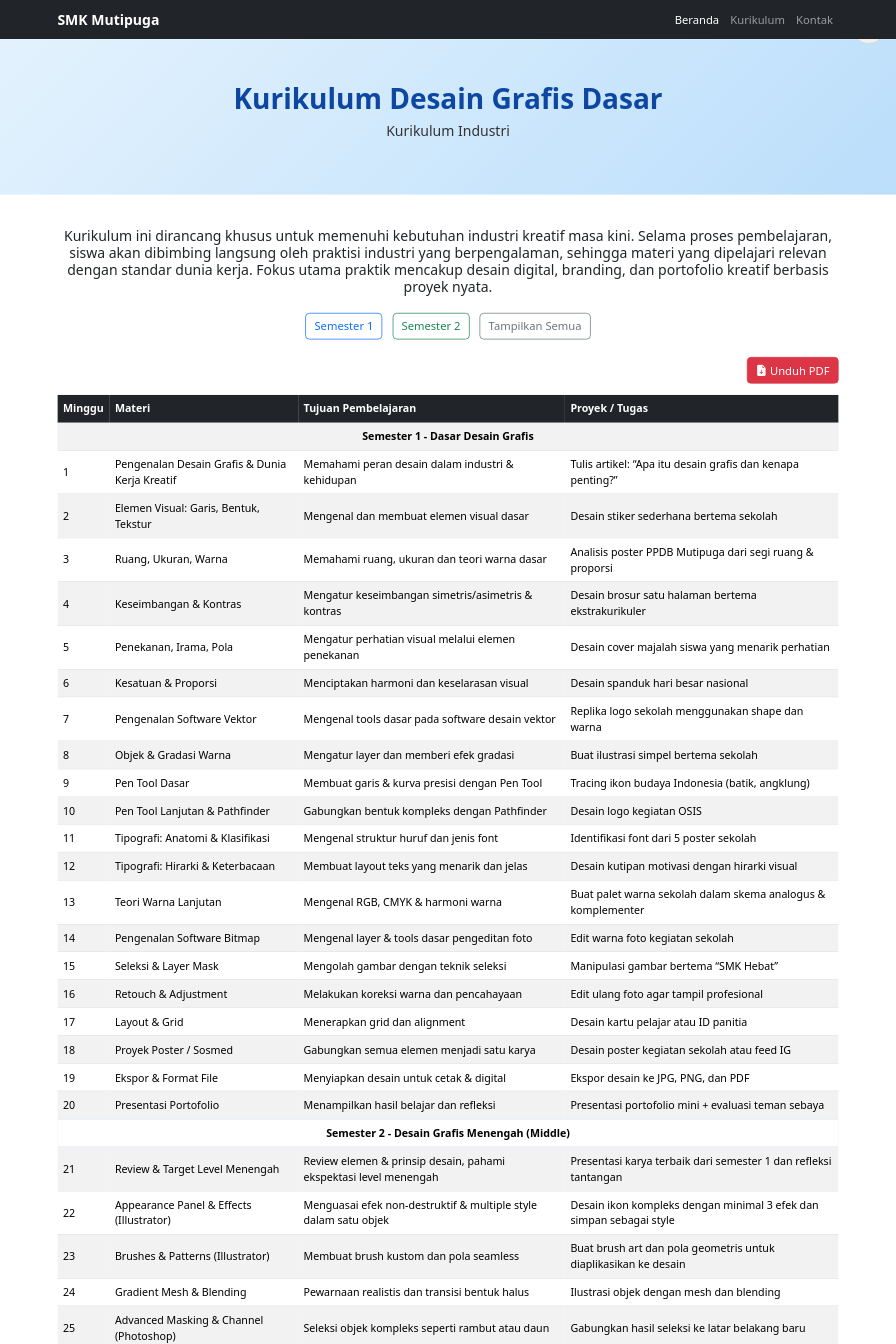
Repository: ppdbsmkmutipuga/kurikulumdesain
Page: index.html
The author's editor kept a copy of each file at every save. The page is drawn from the files as they stood at one save, then again after the next save.
The browser window is 1280 px wide. The pictures show the part of the page from y = 0 to 1920 px (the page is 2957 px tall), at 70% of full size.

Above is the page before, as saved 2025-07-01 05:20:01.

### index.html
<!DOCTYPE html>
<html lang="id">

<head>
    <meta charset="UTF-8" />
    <meta name="viewport" content="width=device-width, initial-scale=1.0" />
    <title>Kurikulum Desain Grafis - SMK Mutipuga</title>
    <link href="https://cdn.jsdelivr.net/npm/bootstrap@5.3.3/dist/css/bootstrap.min.css" rel="stylesheet" />
    <link href="https://cdnjs.cloudflare.com/ajax/libs/aos/2.3.4/aos.css" rel="stylesheet" />
    <link href="https://cdn.jsdelivr.net/npm/bootstrap-icons@1.10.5/font/bootstrap-icons.css" rel="stylesheet">
    <link rel="stylesheet" href="style.css">
    <script src="https://cdnjs.cloudflare.com/ajax/libs/html2pdf.js/0.10.1/html2pdf.bundle.min.js"></script>

</head>

<body>
    <!-- Tambahkan di dalam <body>, tepat setelah tag <body> -->
    <nav class="navbar navbar-expand-lg navbar-dark bg-dark sticky-top">
        <div class="container">
            <a class="navbar-brand fw-bold" href="#">SMK Mutipuga</a>
            <button class="navbar-toggler" type="button" data-bs-toggle="collapse" data-bs-target="#navMenu"
                aria-controls="navMenu" aria-expanded="false" aria-label="Toggle navigation">
                <span class="navbar-toggler-icon"></span>
            </button>
            <div class="collapse navbar-collapse" id="navMenu">
                <ul class="navbar-nav ms-auto mb-2 mb-lg-0">
                    <li class="nav-item">
                        <a class="nav-link active" href="#">Beranda</a>
                    </li>
                    <li class="nav-item">
                        <a class="nav-link" href="#pdf-content">Kurikulum</a>
                    </li>
                    <li class="nav-item">
                        <a class="nav-link" href="#footer">Kontak</a>
                    </li>
                </ul>
            </div>
        </div>
    </nav>

    <button class="btn btn-outline-dark mode-toggle" onclick="toggleMode()">
        <i class="bi bi-moon-stars-fill"></i>
    </button>

    <!-- Hero Section -->
    <section class="hero" data-aos="fade-down">
        <div class="container">
            <h1>Kurikulum Desain Grafis Dasar</h1>
            <p class="lead">Kurikulum Industri</p>
        </div>
    </section>

    <!-- Table Section -->
    <section class="container my-5" data-aos="fade-up">
        <h5 class="section-title text-center">
            Kurikulum ini dirancang khusus untuk memenuhi kebutuhan industri kreatif masa kini.
            Selama proses pembelajaran, siswa akan dibimbing langsung oleh praktisi industri yang berpengalaman,
            sehingga materi yang dipelajari relevan dengan standar dunia kerja.
            Fokus utama praktik mencakup desain digital, branding, dan portofolio kreatif berbasis proyek nyata.
        </h5>

        <div class="filter-buttons">
            <button class="btn btn-outline-primary" onclick="filterSemester(1)">Semester 1</button>
            <button class="btn btn-outline-success" onclick="filterSemester(2)">Semester 2</button>
            <button class="btn btn-outline-secondary" onclick="filterSemester(0)">Tampilkan Semua</button>
        </div>
        <div class="text-end my-3">
            <button class="btn btn-danger" onclick="downloadPDF()">
                <i class="bi bi-file-earmark-arrow-down-fill"></i> Unduh PDF
            </button>
        </div>

        <div id="pdf-content">
            <div class="table-container">
                <div class="table-responsive">
                    <table class="table table-striped table-hover align-middle mb-0" id="kurikulumTable">
                        <thead class="table-dark">
                            <tr>
                                <th scope="col">Minggu</th>
                                <th scope="col">Materi</th>
                                <th scope="col">Tujuan Pembelajaran</th>
                                <th scope="col">Proyek / Tugas</th>
                            </tr>
                        </thead>
                        <tbody>

                            <!-- Data rows akan di-load lewat JS -->
                        </tbody>
                    </table>
                </div>
            </div>
    </section>

    <!-- Footer -->
    <footer>
        &copy; 2025 SMK Muhammadiyah 3 Pucang Gading
    </footer>

    <!-- Scripts -->
    <script src="https://cdn.jsdelivr.net/npm/bootstrap@5.3.3/dist/js/bootstrap.bundle.min.js"></script>
    <script src="https://cdnjs.cloudflare.com/ajax/libs/aos/2.3.4/aos.js"></script>
    <script src="script.js"></script>
</body>

</html>

### style.css
/* =========================
   HERO SECTION
========================= */
.hero {
  padding: 60px 0;
  background: linear-gradient(135deg, #e3f2fd, #bbdefb);
  text-align: center;
}

.hero h1 {
  font-weight: 700;
  font-size: 2.5rem;
  color: #0d47a1;
}

.hero p {
  font-size: 1.25rem;
  color: #333;
}

body.bg-dark .hero {
  background: linear-gradient(135deg, #1e1e1e, #2c2c2c);
}

body.bg-dark .hero h1 {
  color: #90caf9;
}

body.bg-dark .hero p {
  color: #cccccc;
}

/* =========================
   FILTER BUTTONS
========================= */
.filter-buttons {
  text-align: center;
  margin: 20px 0;
}

.filter-buttons .btn {
  margin: 5px;
}

body.bg-dark .btn-outline-primary {
  color: #90caf9;
  border-color: #90caf9;
}

body.bg-dark .btn-outline-success {
  color: #81c784;
  border-color: #81c784;
}

body.bg-dark .btn-outline-secondary {
  color: #b0bec5;
  border-color: #b0bec5;
}

/* =========================
   TABLE SECTION
========================= */
.table-container {
  overflow-x: auto;
}

.table th,
.table td {
  vertical-align: middle !important;
  font-size: 0.95rem;
}

/* Baris header semester (custom row) */
.table .table-header-row {
  background-color: #cce5ff;
  font-weight: 600;
  text-align: center;
}

body.bg-dark .table .table-header-row {
  background-color: #2c3e50;
  color: #ffffff !important;
}

/* DARK MODE TABLE FIX */
body.bg-dark .table,
body.bg-dark .table td,
body.bg-dark .table th {
  color: #f1f1f1 !important;
  background-color: transparent !important;
  opacity: 1 !important;
}

body.bg-dark .table-striped tbody tr:nth-of-type(odd) {
  background-color: #2c2c2c !important;
}

body.bg-dark .table-striped tbody tr:nth-of-type(even) {
  background-color: #1a1a1a !important;
}

body.bg-dark .table-hover tbody tr:hover {
  background-color: #3a3a3a !important;
}

body.bg-dark .table thead th {
  background-color: #111 !important;
  color: #fff !important;
  border-color: #444 !important;
}

body.bg-dark .table-primary {
  background-color: #455a64 !important;
  color: #fff !important;
}

/* =========================
   FOOTER
========================= */
footer {
  padding: 20px;
  text-align: center;
  background-color: #f1f1f1;
  margin-top: 50px;
  font-size: 0.9rem;
  color: #333;
}

body.bg-dark footer {
  background-color: #1e1e1e;
  color: #e0e0e0;
}

/* =========================
   MODE TOGGLE BUTTON
========================= */
.mode-toggle {
  position: fixed;
  top: 15px;
  right: 15px;
  z-index: 1000;
  border-radius: 50%;
  width: 48px;
  height: 48px;
  display: flex;
  align-items: center;
  justify-content: center;
  background-color: #f0f0f0;
  color: #333;
  border: 1px solid #ccc;
}

/* Header tabel semester */
.table-header-row {
  background-color: #cce5ff;
  /* mode terang */
  color: #0d47a1;
}

/* Ubah header semester agar lebih gelap dan teks lebih jelas di dark mode */
body.bg-dark .table-header-row {
  background-color: #37474f;
  /* warna gelap yang elegan */
  color: #ffffff;
}

body.bg-dark .mode-toggle {
  background-color: #333;
  color: #fff;
  border: 1px solid #666;
}

/* Footer default */
footer {
  padding: 20px;
  text-align: center;
  background-color: #f1f1f1;
  margin-top: 50px;
  font-size: 0.9rem;
  color: #333;
}

/* Footer saat dark mode */
body.bg-dark footer {
  background-color: #1e1e1e;
  color: #ccc;
}


/* =========================
   RESPONSIVE
========================= */
@media (max-width: 768px) {
  .hero h1 {
    font-size: 1.8rem;
  }

  .hero p {
    font-size: 1rem;
  }

  .table th,
  .table td {
    font-size: 0.85rem;
  }
}

@media (max-width: 576px) {
  .mode-toggle {
    width: 40px;
    height: 40px;
  }

  .hero {
    padding: 40px 0;
  }
}

@media print {
  body {
    background: #fff !important;
    color: #000 !important;
  }

  .mode-toggle,
  .filter-buttons,
  footer {
    display: none !important;
  }

  .table th,
  .table td {
    font-size: 0.75rem;
  }
}

@media print {

  html,
  body {
    width: 210mm;
    height: 297mm;
    margin: 0;
    padding: 0;
    overflow: hidden;
    zoom: 0.75;
    /* Sesuaikan skala agar muat ke PDF */
  }

  .table-container {
    overflow: visible !important;
  }

  .table-responsive {
    overflow: visible !important;
  }

  table {
    table-layout: fixed;
    width: 100% !important;
    word-wrap: break-word;
  }

  .table td,
  .table th {
    font-size: 10pt !important;
    padding: 6px 8px;
    white-space: normal !important;
  }

  .filter-buttons,
  .mode-toggle,
  footer {
    display: none !important;
  }
}

### script.js
// Inisialisasi animasi AOS
AOS.init();

// Data lengkap Week 1–40
const tableData = [
    { week: 'Semester 1 - Dasar Desain Grafis', isHeader: true, semester: 1 },
    { week: 1, materi: 'Pengenalan Desain Grafis & Dunia Kerja Kreatif', tujuan: 'Memahami peran desain dalam industri & kehidupan', tugas: 'Tulis artikel: “Apa itu desain grafis dan kenapa penting?”', semester: 1 },
    { week: 2, materi: 'Elemen Visual: Garis, Bentuk, Tekstur', tujuan: 'Mengenal dan membuat elemen visual dasar', tugas: 'Desain stiker sederhana bertema sekolah', semester: 1 },
    { week: 3, materi: 'Ruang, Ukuran, Warna', tujuan: 'Memahami ruang, ukuran dan teori warna dasar', tugas: 'Analisis poster PPDB Mutipuga dari segi ruang & proporsi', semester: 1 },
    { week: 4, materi: 'Keseimbangan & Kontras', tujuan: 'Mengatur keseimbangan simetris/asimetris & kontras', tugas: 'Desain brosur satu halaman bertema ekstrakurikuler', semester: 1 },
    { week: 5, materi: 'Penekanan, Irama, Pola', tujuan: 'Mengatur perhatian visual melalui elemen penekanan', tugas: 'Desain cover majalah siswa yang menarik perhatian', semester: 1 },
    { week: 6, materi: 'Kesatuan & Proporsi', tujuan: 'Menciptakan harmoni dan keselarasan visual', tugas: 'Desain spanduk hari besar nasional', semester: 1 },
    { week: 7, materi: 'Pengenalan Software Vektor', tujuan: 'Mengenal tools dasar pada software desain vektor', tugas: 'Replika logo sekolah menggunakan shape dan warna', semester: 1 },
    { week: 8, materi: 'Objek & Gradasi Warna', tujuan: 'Mengatur layer dan memberi efek gradasi', tugas: 'Buat ilustrasi simpel bertema sekolah', semester: 1 },
    { week: 9, materi: 'Pen Tool Dasar', tujuan: 'Membuat garis & kurva presisi dengan Pen Tool', tugas: 'Tracing ikon budaya Indonesia (batik, angklung)', semester: 1 },
    { week: 10, materi: 'Pen Tool Lanjutan & Pathfinder', tujuan: 'Gabungkan bentuk kompleks dengan Pathfinder', tugas: 'Desain logo kegiatan OSIS', semester: 1 },
    { week: 11, materi: 'Tipografi: Anatomi & Klasifikasi', tujuan: 'Mengenal struktur huruf dan jenis font', tugas: 'Identifikasi font dari 5 poster sekolah', semester: 1 },
    { week: 12, materi: 'Tipografi: Hirarki & Keterbacaan', tujuan: 'Membuat layout teks yang menarik dan jelas', tugas: 'Desain kutipan motivasi dengan hirarki visual', semester: 1 },
    { week: 13, materi: 'Teori Warna Lanjutan', tujuan: 'Mengenal RGB, CMYK & harmoni warna', tugas: 'Buat palet warna sekolah dalam skema analogus & komplementer', semester: 1 },
    { week: 14, materi: 'Pengenalan Software Bitmap', tujuan: 'Mengenal layer & tools dasar pengeditan foto', tugas: 'Edit warna foto kegiatan sekolah', semester: 1 },
    { week: 15, materi: 'Seleksi & Layer Mask', tujuan: 'Mengolah gambar dengan teknik seleksi', tugas: 'Manipulasi gambar bertema “SMK Hebat”', semester: 1 },
    { week: 16, materi: 'Retouch & Adjustment', tujuan: 'Melakukan koreksi warna dan pencahayaan', tugas: 'Edit ulang foto agar tampil profesional', semester: 1 },
    { week: 17, materi: 'Layout & Grid', tujuan: 'Menerapkan grid dan alignment', tugas: 'Desain kartu pelajar atau ID panitia', semester: 1 },
    { week: 18, materi: 'Proyek Poster / Sosmed', tujuan: 'Gabungkan semua elemen menjadi satu karya', tugas: 'Desain poster kegiatan sekolah atau feed IG', semester: 1 },
    { week: 19, materi: 'Ekspor & Format File', tujuan: 'Menyiapkan desain untuk cetak & digital', tugas: 'Ekspor desain ke JPG, PNG, dan PDF', semester: 1 },
    { week: 20, materi: 'Presentasi Portofolio', tujuan: 'Menampilkan hasil belajar dan refleksi', tugas: 'Presentasi portofolio mini + evaluasi teman sebaya', semester: 1 },
    { week: 'Semester 2 - Desain Grafis Menengah (Middle)', isHeader: true, semester: 2 },
    { week: 21, materi: 'Review & Target Level Menengah', tujuan: 'Review elemen & prinsip desain, pahami ekspektasi level menengah', tugas: 'Presentasi karya terbaik dari semester 1 dan refleksi tantangan', semester: 2 },
    { week: 22, materi: 'Appearance Panel & Effects (Illustrator)', tujuan: 'Menguasai efek non-destruktif & multiple style dalam satu objek', tugas: 'Desain ikon kompleks dengan minimal 3 efek dan simpan sebagai style', semester: 2 },
    { week: 23, materi: 'Brushes & Patterns (Illustrator)', tujuan: 'Membuat brush kustom dan pola seamless', tugas: 'Buat brush art dan pola geometris untuk diaplikasikan ke desain', semester: 2 },
    { week: 24, materi: 'Gradient Mesh & Blending', tujuan: 'Pewarnaan realistis dan transisi bentuk halus', tugas: 'Ilustrasi objek dengan mesh dan blending', semester: 2 },
    { week: 25, materi: 'Advanced Masking & Channel (Photoshop)', tujuan: 'Seleksi objek kompleks seperti rambut atau daun', tugas: 'Gabungkan hasil seleksi ke latar belakang baru', semester: 2 },
    { week: 26, materi: 'Smart Objects & Non-Destructive Workflow', tujuan: 'Menggunakan Smart Object dan Smart Filter dalam editing', tugas: 'Edit foto dengan teknik non-destruktif dan simpan editable', semester: 2 },
    { week: 27, materi: 'Compositing & Manipulasi Foto', tujuan: 'Gabungkan beberapa gambar menjadi satu komposisi yang harmonis', tugas: 'Buat karya bertema surealis/fantasi dengan minimal 3 gambar', semester: 2 },
    { week: 28, materi: 'Font Pairing & Hirarki Tipografi Lanjut', tujuan: 'Gunakan kombinasi font yang efektif dan hirarki teks yang kompleks', tugas: 'Desain halaman majalah atau web dengan 3 level teks dan font pairing', semester: 2 },
    { week: 29, materi: 'Typographic Grid & Readability', tujuan: 'Menggunakan grid dan memahami keterbacaan teks panjang', tugas: 'Rancang ulang artikel agar lebih rapi dan nyaman dibaca', semester: 2 },
    { week: 30, materi: 'Psikologi Warna & Palet Kustom', tujuan: 'Pahami pengaruh warna terhadap persepsi', tugas: 'Buat 2 palet warna untuk brand fiktif, berikan justifikasi', semester: 2 },
    { week: 31, materi: 'Logo & Identitas Visual Dasar', tujuan: 'Pahami jenis-jenis logo dan elemen visual', tugas: 'Analisis logo UKM lokal dan berikan saran pengembangan', semester: 2 },
    { week: 32, materi: 'Logo Variasi & Style Guide Dasar', tujuan: 'Desain versi logo berbeda dan panduan penggunaannya', tugas: 'Buat minimal 3 versi logo + 1 halaman style guide sederhana', semester: 2 },
    { week: 33, materi: 'InDesign: Master Pages', tujuan: 'Mengenal interface dan penggunaan master page', tugas: 'Desain dokumen 4 halaman dengan elemen tetap', semester: 2 },
    { week: 34, materi: 'InDesign: Styles & Text Flow', tujuan: 'Membuat paragraph styles dan mengatur aliran teks', tugas: 'Desain artikel dummy dengan text threading dan paragraph styles', semester: 2 },
    { week: 35, materi: 'UI/UX Design Principles', tujuan: 'Memahami prinsip dasar usability dan perbedaan UI/UX', tugas: 'Analisis aplikasi populer dan evaluasi prinsip usability-nya', semester: 2 },
    { week: 36, materi: 'Desain Elemen UI Dasar', tujuan: 'Desain tombol, form, dan komponen lain dengan berbagai state', tugas: 'Buat set UI: tombol, form, card dengan tampilan konsisten', semester: 2 },
    { week: 37, materi: 'Brief, Riset & Moodboard', tujuan: 'Menganalisis brief dan membuat visual moodboard', tugas: 'Buat moodboard untuk proyek branding fiktif', semester: 2 },
    { week: 38, materi: 'Proyek Integratif', tujuan: 'Menggabungkan semua skill dalam satu proyek besar', tugas: 'Lanjutkan proyek branding/brosur/UI berdasarkan brief', semester: 2 },
    { week: 39, materi: 'Print & Web Optimization', tujuan: 'Optimalkan file desain untuk cetak dan web', tugas: 'Ekspor proyek ke versi cetak (PDF) dan digital (JPG/PNG)', semester: 2 },
    { week: 40, materi: 'Portfolio Review & Karir', tujuan: 'Review proyek akhir dan diskusi karir desain', tugas: 'Presentasikan proyek akhir + 3–5 karya untuk portofolio mini', semester: 2 },
];

const tbody = document.querySelector('#kurikulumTable tbody');

function renderTable(filter) {
    tbody.innerHTML = '';
    let hasPrintedSemester1Header = false;
    let hasPrintedSemester2Header = false;
    tableData.forEach(row => {
        if (filter === 0 || row.semester === filter || row.isHeader) {
            if (row.isHeader) {
                if ((filter === 1 && row.semester === 1 && !hasPrintedSemester1Header) ||
                    (filter === 2 && row.semester === 2 && !hasPrintedSemester2Header) ||
                    filter === 0) {
                    const tr = document.createElement('tr');
                    tr.className = 'table-header-row text-center fw-bold';
                    const td = document.createElement('td');
                    td.setAttribute('colspan', 4);
                    td.textContent = row.week;
                    tr.appendChild(td);
                    tbody.appendChild(tr);
                    if (row.semester === 1) hasPrintedSemester1Header = true;
                    if (row.semester === 2) hasPrintedSemester2Header = true;
                }
            } else {
                if (filter === 0 || row.semester === filter) {
                    const tr = document.createElement('tr');
                    tr.innerHTML = `
            <td>${row.week}</td>
            <td>${row.materi}</td>
            <td>${row.tujuan}</td>
            <td>${row.tugas}</td>
          `;
                    tbody.appendChild(tr);
                }
            }
        }
    });
}

function filterSemester(semester) {
    renderTable(semester);
}

function toggleMode() {
    document.body.classList.toggle('bg-dark');
    document.body.classList.toggle('text-white');
}

renderTable(0);


function downloadPDF() {
    const element = document.getElementById("pdf-content");
    const opt = {
        margin: 0.2,
        filename: "kurikulum-desain-grafis.pdf",
        image: { type: "jpeg", quality: 0.98 },
        html2canvas: {
            scale: 3,        // Lebih tajam
            useCORS: true,   // Jika ada gambar
            allowTaint: true
        },
        jsPDF: {
            unit: "mm",
            format: "a4",
            orientation: "portrait"
        },
        pagebreak: { mode: ['avoid-all', 'css', 'legacy'] }
    };
    html2pdf().set(opt).from(element).save();
}

After the next save:
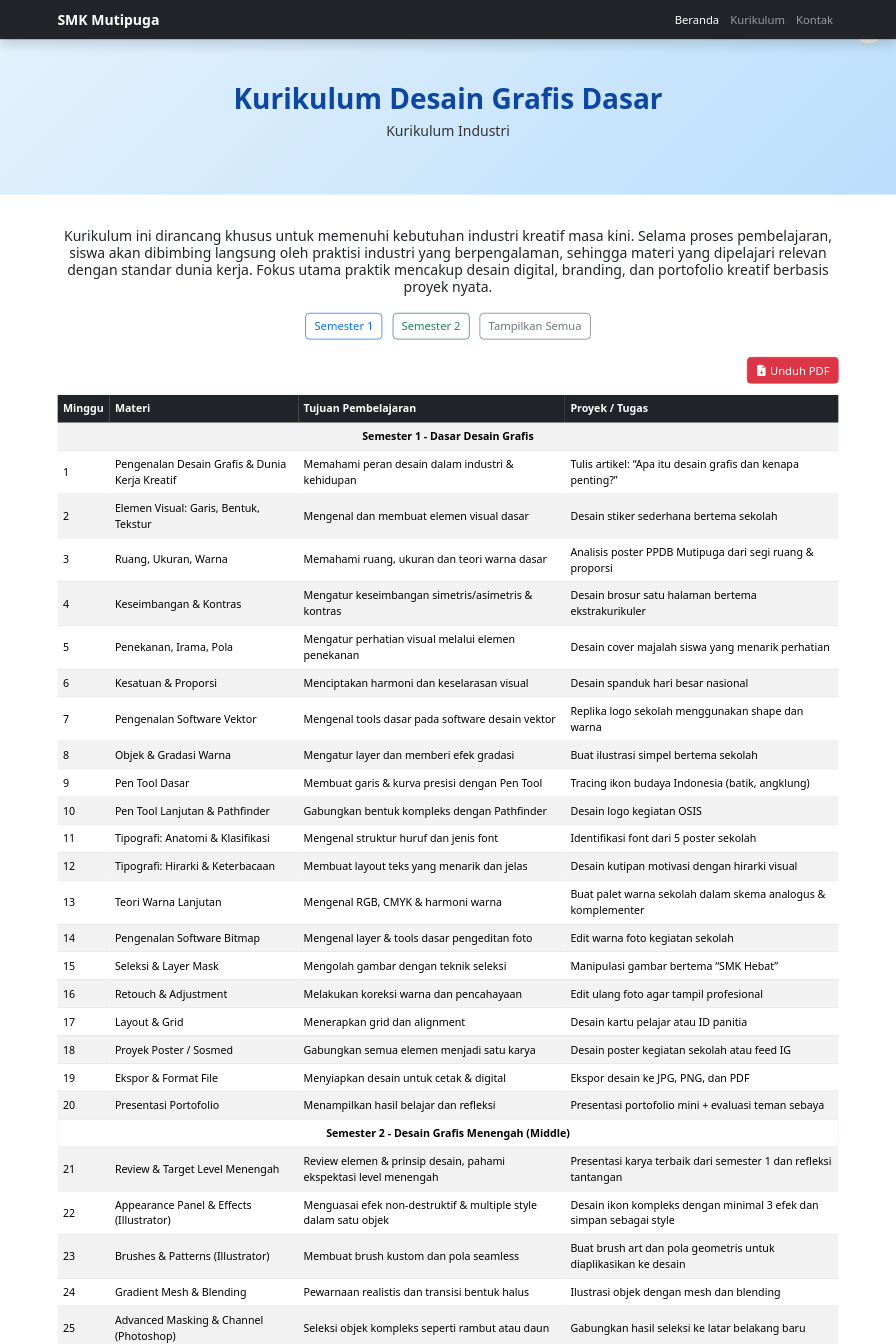
Saved 87 s later.
--- a/index.html
+++ b/index.html
@@ -14,8 +14,14 @@
 </head>
 
 <body>
-    <!-- Tambahkan di dalam <body>, tepat setelah tag <body> -->
-    <nav class="navbar navbar-expand-lg navbar-dark bg-dark sticky-top">
+    <!-- Tombol Mode Gelap (posisi kanan atas, tidak menimpa navbar) -->
+    <button class="btn btn-outline-light mode-toggle position-absolute top-0 end-0 m-3 z-3" onclick="toggleMode()"
+        title="Mode Gelap/Terang">
+        <i class="bi bi-moon-stars-fill"></i>
+    </button>
+
+    <!-- Navbar -->
+    <nav class="navbar navbar-expand-lg navbar-dark bg-dark sticky-top shadow">
         <div class="container">
             <a class="navbar-brand fw-bold" href="#">SMK Mutipuga</a>
             <button class="navbar-toggler" type="button" data-bs-toggle="collapse" data-bs-target="#navMenu"
@@ -37,6 +43,7 @@
             </div>
         </div>
     </nav>
+
 
     <button class="btn btn-outline-dark mode-toggle" onclick="toggleMode()">
         <i class="bi bi-moon-stars-fill"></i>
